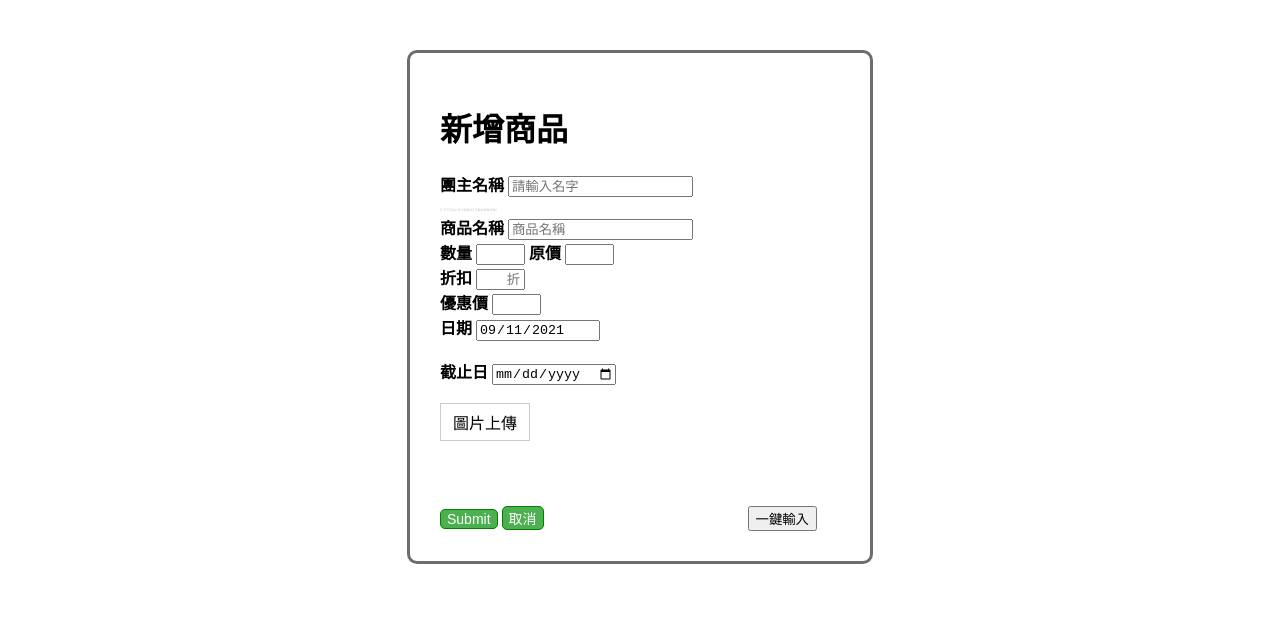
Repository: irlmpbfhvf2009/2021-09-17-Pro2-MVC
Page: http://localhost/Groupon/Manage-add.jsp
These files come from the project's save history. The page is drawn as it stood at one moment and after the next save; the edit follows.
The browser window is 1280 px wide. The pictures show the whole page.
The page is served by Tomcat 9.

Above is the page before, as saved 2021-09-13 13:56:29.

After the next save:
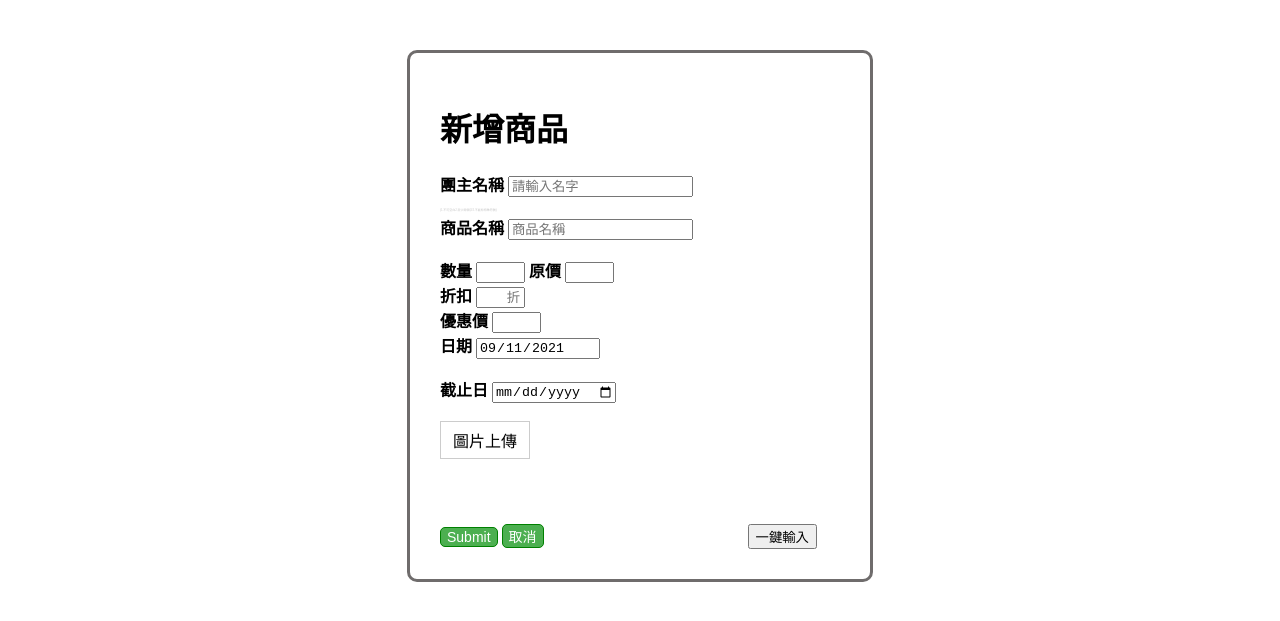
Saved 24 s later.
--- a/Groupon/src/main/webapp/Manage-add.jsp
+++ b/Groupon/src/main/webapp/Manage-add.jsp
@@ -35,7 +35,7 @@ img{float=none;}
 
 			<!-- 商品名稱 -->
 			<strong>商品名稱 </strong><input type="text" name="productName" required class="productname" placeholder="商品名稱">
-			<span class="spproductname"></span><br>
+			<span class="spproductname"></span><br><br>
 
 			<!-- 數量 -->
 			<strong>數量 </strong><input type="text" name="quantity" required class="quantity" maxlength="3" size="3">
